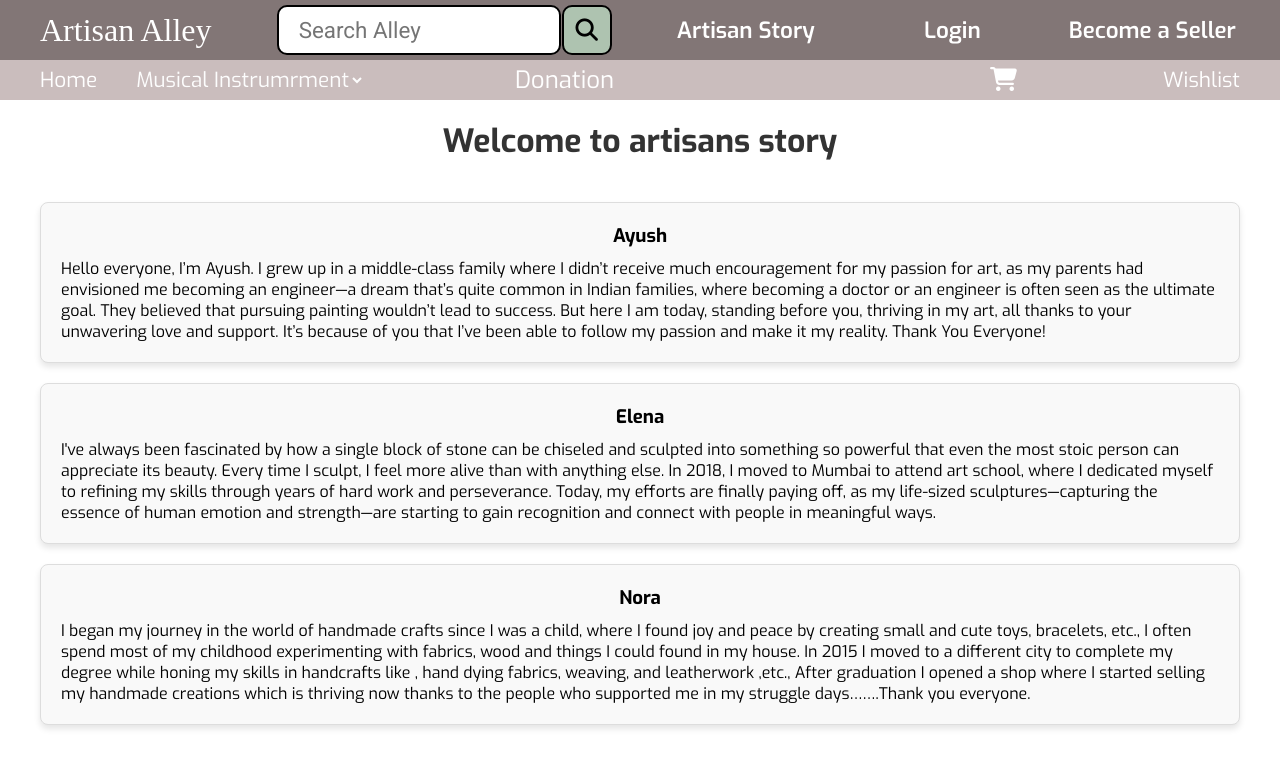
Repository: RingkhangBTY/Bytehacks_Hackathon_Project
Page: artisan-story.html
The author's editor kept a copy of each file at every save. The page is drawn from the files as they stood at one save, then again after a run of saves.
The browser window is 1280 px wide. The pictures show the whole page.
Some web fonts or font styles are not loaded; a fallback is used.

Above is the page before, as saved 2024-11-27 10:00:26.

### artisan-story.html
<!DOCTYPE html>
<html lang="en">
<head>
    <meta charset="UTF-8">
    <meta name="viewport" content="width=device-width, initial-scale=1.0">
    <title>Document</title>
    <link
      rel="stylesheet"
      href="https://cdnjs.cloudflare.com/ajax/libs/font-awesome/6.7.1/css/all.min.css"
      integrity="sha512-5Hs3dF2AEPkpNAR7UiOHba+lRSJNeM2ECkwxUIxC1Q/FLycGTbNapWXB4tP889k5T5Ju8fs4b1P5z/iB4nMfSQ=="
      crossorigin="anonymous"
      referrerpolicy="no-referrer"
    />
    <link rel="stylesheet" href="style.css">
    <link rel="stylesheet" href="story-style.css">
</head>
<header>
    <div class="split-div">
        <div class="half half-top">
          <a href="index.html" class="logo">Artisan Alley</a>

          <div class="searchdiv">
            <input
              type="text"
              placeholder="Search Alley"
              class="searchbar"
              id=""
            />

            <div class="search-icon">
              <button class="alley-search">
                <i class="fa-solid fa-magnifying-glass"></i>
              </button>
            </div>
          </div>

          <div class="artisan-story">
            <a href="artisan-story.html" class="story" id="">Artisan Story</a>
          </div>

          <div class="login-and-seller">
            <a href="login/login.html" class="account-login login" id="">Login</a>
            <a href="" class="seller-login login" id="">Become a Seller</a>
          </div>
        </div>

        <div class="half half-bottom">
          <div class="home-and-categories nav2">
            <a href="index.html" class="home">Home</a>

            <label for="categories"></label>
            <select id="categories" class="categories">
              <option value="" disabled selected>Categories</option>
              <option value="" selected>Painting</option>
              <option value="" selected>Sculpture</option>
              <option value="" selected>Drawing</option>
              <option value="" selected>Handcraft</option>
              <option value="" selected>Musical Instrumrment</option>
            </select>
          </div>

          <div class="donation-container nav2">
            <a class="donation" href="donation/index.html">Donation</a>
          </div>

          <div class="cart-wishlist nav2">
            <a href="index.html" class="cart" id=""
              ><i class="fa-solid fa-cart-shopping"></i
            ></a>

            <button class="wishlist" id="">Wishlist</button>
          </div>
        </div>
      </div>
</header>
<body>
    <main class="artisans-page">
        <h1 class="hed1">Welcome to artisans story</h1>
        <div class="story-container">
            <div class="artisan-box">
                <h3>Ayush</h3>
                <p>Hello everyone, I’m Ayush. I grew up in a middle-class family where I didn’t receive much encouragement for my passion for art, as my parents had envisioned me becoming an engineer—a dream that’s quite common in Indian families, where becoming a doctor or an engineer is often seen as the ultimate goal. They believed that pursuing painting wouldn’t lead to success. But here I am today, standing before you, thriving in my art, all thanks to your unwavering love and support. It’s because of you that I’ve been able to follow my passion and make it my reality.
                Thank You Everyone!</p>
            </div>
            <div class="artisan-box">
                <h3>Elena</h3>
                <p>I've always been fascinated by how a single block of stone can be chiseled and sculpted into something so powerful that even the most stoic person can appreciate its beauty. Every time I sculpt, I feel more alive than with anything else. In 2018, I moved to Mumbai to attend art school, where I dedicated myself to refining my skills through years of hard work and perseverance. Today, my efforts are finally paying off, as my life-sized sculptures—capturing the essence of human emotion and strength—are starting to gain recognition and connect with people in meaningful ways.</p>
            </div>
            <div class="artisan-box">
                <h3>Nora</h3>
                <p>I began my journey in the world of handmade crafts since I was a child, where I found joy and peace by creating small and cute toys, bracelets, etc., I often spend most of my childhood experimenting with fabrics, wood and things I could found in my house. In 2015 I moved to a different city to complete my degree while honing my skills in handcrafts like , hand dying fabrics, weaving, and leatherwork ,etc., After graduation I opened a shop where I started selling my handmade creations which is thriving now thanks to the people who supported me in my struggle days…….Thank you everyone.</p>
            </div>
        </div>
    </main>
</body>
</html>

### style.css
@import url("https://fonts.googleapis.com/css2?family=Roboto:ital,wght@0,100;0,300;0,400;0,500;0,700;0,900;1,100;1,300;1,400;1,500;1,700;1,900&display=swap");
@import url("https://fonts.googleapis.com/css2?family=Edu+AU+VIC+WA+NT+Pre:wght@400..700&display=swap");
@import url("https://fonts.googleapis.com/css2?family=Exo:ital,wght@0,100..900;1,100..900&display=swap");

* {
  margin: 0;
  padding: 0;
  box-sizing: border-box;
  font-family: Exo;
}

body {
  header {
    .split-div {
      width: 100%;
      height: 30%;

      .half {
        width: 100%;
      }

      .half-top {
        background-color: #827676;
        height: 70%;
        display: flex;
        justify-content: space-between;
        align-items: center;

        .logo {
          text-decoration: none;
          color: white;
          font-size: 2rem;
          font-family: Edu AU VIC WA NT Pre, cursive;
          font-weight: 500;
          margin-left: 40px;
        }

        .searchdiv {
          display: flex;

          .searchbar {
            height: 50px;
            width: 100%;
            border: black 2px solid;
            outline: none;
            border-radius: 10px;
            padding-left: 20px;
            font-size: 1.4rem;
            font-family: Roboto;
          }

          .alley-search {
            display: flex;
            justify-content: center;
            align-items: center;
            width: 50px;
            height: 50px;
            background-color: #aec3b0;
            border: 2px black solid;
            margin-left: 1px;
            border-radius: 10px;
            cursor: pointer;

            i {
              color: black;
              font-size: 1.4rem;
            }
          }
        }

        .artisan-story .story{
          color: white;
          font-size: 1.4rem;
          text-decoration: none;
          font-family: Exo;
          font-weight: 600;
        }

        .login-and-seller {
          height: 60px;
          width: 400px;
          display: flex;
          justify-content: space-around;
          align-items: center;
        }

        .login-and-seller .login {
          color: white;
          font-size: 1.4rem;
          text-decoration: none;
          font-family: Exo;
          font-weight: 600;
        }
      }

      .half-bottom {
        background-color: #cabdbd;
        height: 30%;
        display: flex;
        justify-content: space-between;
        align-items: center;

        .nav2 {
          height: 40px;
          width: 250px;
          display: flex;
          justify-content: space-between;
          align-items: center;
          margin-left: 40px;
          margin-right: 40px;

          .home {
            text-decoration: none;
            color: white;
            margin-right: 10%;
            font-size: 1.3rem;
          }

          .categories {
            height: 100%;
            padding-left: 10px;
            text-align: center;
            border: none;
            background: transparent;
            border-radius: 5px;
            outline: none;
            font-size: 1.3rem;
            color: #fdfdfd;
            cursor: pointer;
          }
          .categories option[selected]{
            margin-left: 20px;
            background-color: #e6f7ff;
            color: #2a2828;
          }

          .donation{
            display: block;
            text-decoration: none;
            font-size: 1.5rem;
            color: white;
          }

          .cart {
            text-decoration: none;
            font-size: 1.5rem;
            color: white;
          }

          .wishlist {
            height: 100%;
            border-radius: 5px;
            background: transparent;
            border: none;
            outline: none;
            font-size: 1.3rem;
            color: white;
          }
        }
      }
    }
  }
}

.products{
  display: flex;
  gap: 10px;
  margin: 10px;
}

.left-container,.middle-container,.right-container{
  display: flex;
  border-radius: 5px;
  padding: 5px;
  padding-top: 10px;
  width: auto;
}
.left-container{
  padding-left: 20%;
}
.right-container{
  padding-right: 20%;
}
.grid-layout{
  display: grid;
  grid-template-rows: auto ;
  gap: 10px;
}
.grid-item{
  background-color: antiquewhite;
  border: 1px solid #ccc;
  width: 100%;
  border-radius: 5px;
  text-align: center;
  padding: 10px;
  padding-bottom: 10px;
}
.grid-item img{
  width: 100%;
  height: auto;
  border-radius: 5px;
}
.grid-item p{
  font-size: large;
  font-family: Cambria, Cochin, Georgia, Times, 'Times New Roman', serif;
}

footer{
  background-color: #827676;
    color: #fff;
    padding: 20px 40px;
    text-align: center;
}

.footer-container{
  display: flex;
  justify-content: space-between;
  flex-wrap: wrap;
    gap: 40px;
    max-width: 1200px;
    margin: 0 auto;
    padding-left: 20%;
    padding-right: 20%;
}

.imfo-container{
  display: flex;
    flex-direction: column;
    align-items: center;
    gap: 10px;
}

.imfo-container h6{
  display: flex;
  flex-direction: column;
  font-size: 1rem;
  line-height: 1.6rem;
  display: flex;
  flex-direction: column;
  align-items: center;
  color: #ddd;
  margin: 10px auto;
}
.imfo-container  p, .imfo-container a{
  font-size: 1rem;
  line-height: 1.6rem;
  color: #ddd;
  text-decoration: none;
  display: block;
}

### story-style.css
.artisans-page{
    padding: 20px;
    text-align: center;
}

.artisans-page h1{
    margin-bottom: 20px;
    font-size: 2.5 rem;
    color: #333;
    text-align: center;
}

.story-container{
    display: grid;
    grid-template-columns: repeat(auto-fit, minmax(200px, 1fe));
    gap: 20px;
    justify-items: center;
    padding: 20px;
    margin: ;
}

.artisan-box {
    background-color: #f9f9f9;
    border: 1px solid #ddd;
    border-radius: 8px;
    padding: 20px;
    text-align: left;
    box-shadow: 0 4px 6px rgba(0, 0, 0, 0.1);
    transition: transform 0.3s ease, box-shadow 0.3s ease;
}
.artisan-box:hover {
    transform: translateY(-5px);
    box-shadow: 0 6px 10px rgba(0, 0, 0, 0.2);
}

.artisan-box h3{
    text-align: center;
    margin-bottom: 10px;
}

After the next 9 saves:
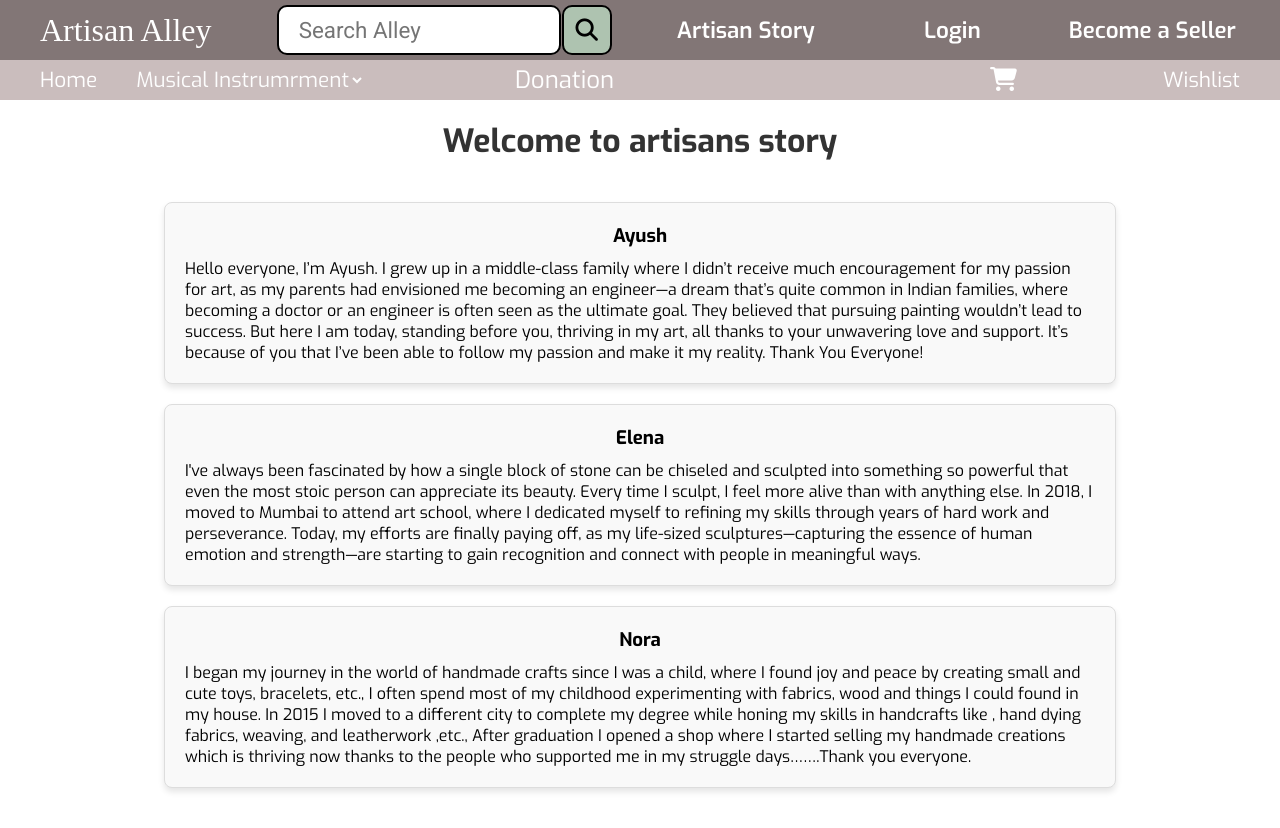
The 9 saves are shown as one change because they came seconds apart.
The last was saved 21 s later.
--- a/story-style.css
+++ b/story-style.css
@@ -16,7 +16,8 @@
     gap: 20px;
     justify-items: center;
     padding: 20px;
-    margin: ;
+    margin-left: 10%;
+    margin-right: 10%;
 }
 
 .artisan-box {
